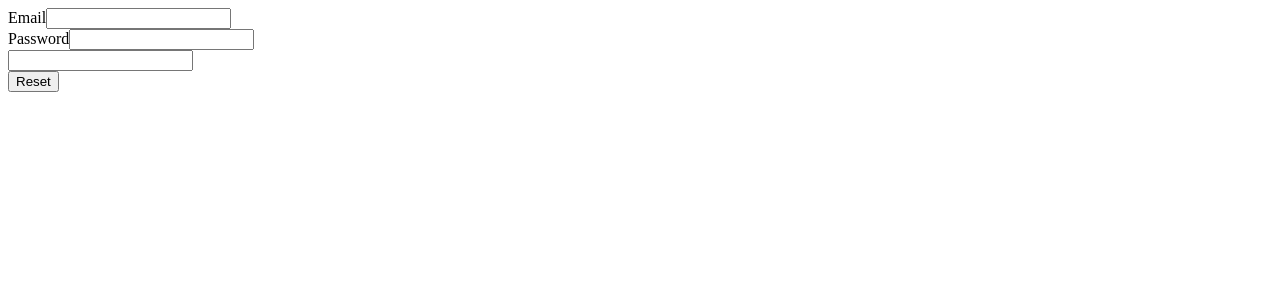
Repository: laxmichauhan/Student-Data-Insertion
Page: Application1/WebContent/login.html
An editor plug-in stored every save of this project. The page is shown before and after the next save, followed by the edit.
The browser window is 1280 px wide. The pictures show the whole page.

Above is the page before, as saved 2019-02-19 06:05:38.

After the next save:
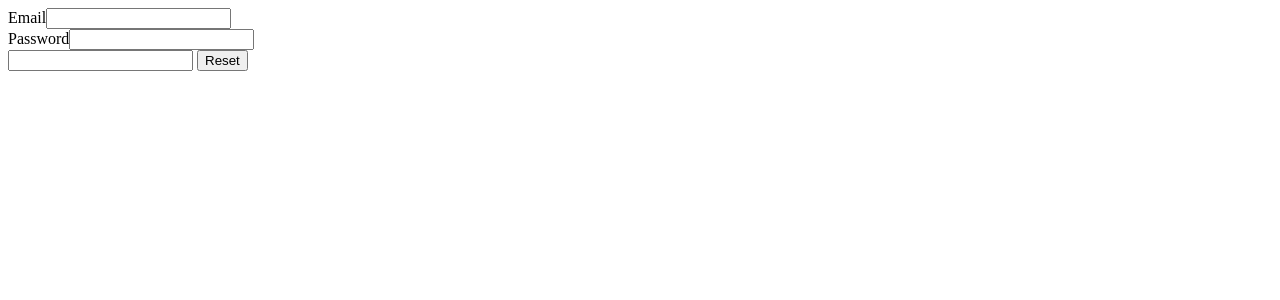
Saved 9 s later.
--- a/Application1/WebContent/login.html
+++ b/Application1/WebContent/login.html
@@ -8,7 +8,7 @@
 <form action="Verify" method="post">
 Email<input type="text" name="email"/><br>
 Password<input type="password" name="password"/><br>
-<input type="Login" name="login"/><br>
+<input type="Login" name="login"/>
 <input type="Reset" name="reset"/>
 
 </form>
